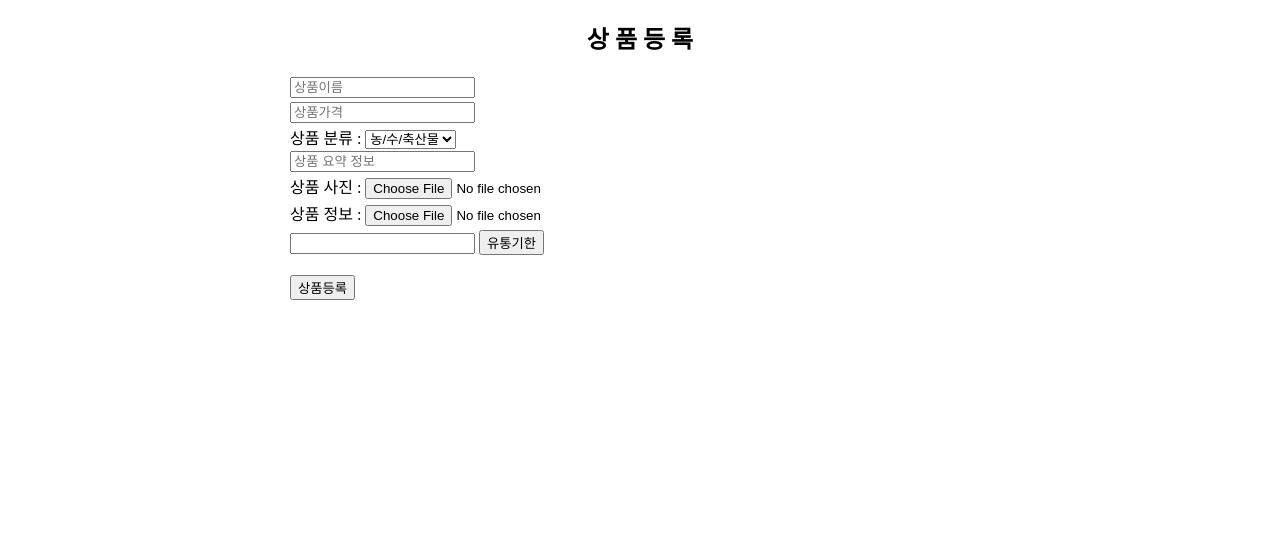
Repository: fellownew/project_workspace
Page: http://localhost/shoppingmall/WEB-INF/view/body/product/product_join_form.jsp
These files come from the project's save history. The page is drawn as it stood at one moment and after the next save; the edit follows.
The browser window is 1280 px wide. The pictures show the whole page.
The page is served by Tomcat 9. Nobody is signed in. Other server files are loaded and not shown. The template is opened directly, without the code that normally fills it, so the values that code supplies are empty.

Above is the page before, as saved 2015-06-11 01:48:46.

### shoppingmall/WebContent/WEB-INF/view/body/product/product_join_form.jsp
<%@ page contentType="text/html;charset=UTF-8"%>
<!DOCTYPE html>
<script type="text/javascript" src="<%=request.getContextPath() %>/script/jquery.js"></script>
<script type="text/javascript" src="<%=request.getContextPath() %>/script/date_picker.js"></script>
<script type="text/javascript">


	$(document).ready(function(){
		$("#registerBtn").on("click",function(){
			if($("#productId").val().trim()=='' ||
					$("#productPrice").val().trim()=='' ||
					$("#productInfo").val().trim()=='' ||
					$("#upfile").val().trim()=='' ||
					$("#expDate").val().trim()=='' ){
					alert("입력정보를 확인하세요");
					return false;
				}
		});

		$("#upfile").on("change",function(){
			var path = $(this).val();
			var leng = path.length;
			var txt = path.substr(leng-3,3);
			document.e
			if((txt != "jpg") && (txt != "peg") && (txt != "png") && (txt != "gif") && (txt != "bmp")){
				alert("jpg, jpeg, png, gif 파일만 등록 가능합니다.");
				return false;
			}


		});
		$("#infoUpfile").on("change",function(){
			var path = $(this).val();
			var leng = path.length;
			var txt = path.substr(leng-3,3);
			if((txt != "jpg") && (txt != "peg") && (txt != "png") && (txt != "gif") && (txt != "bmp")){
				alert("jpg, jpeg, png, gif 파일만 등록 가능합니다.");
				return false;
			}
		});
	});
</script>
<style>
input{
	margin-top: 2px;
	margin-bottom: 2px;
}
</style>
<div style="width: 700px;margin:0 auto">
<h2 style="text-align: center"> 상 품 등 록 </h2>
	<div style="width:500px;text-align: left">
		<form action="insertProduct.do" method="POST" enctype="multipart/form-data">
			<input type="text" id="productName" name="productName" placeholder="상품이름" maxlength="50" required="required"/><br>
			<input type="number" id="productPrice" name="productPrice" placeholder="상품가격" required="required"/><br>
			상품 분류 :
			<select name="category" id="category">
				<option value="food" selected="selected">농/수/축산물</option>
				<option value="fruit">과일/채소</option>
				<option value="health">건강식품</option>
				<option value="snack">간식</option>
			</select><br>
			<input type="text" id="productInfo" name="productInfo" placeholder="상품 요약 정보" required="required"><br>
			상품 사진 : <input type="file" id="upfile" name="upfile"/><br>
			상품 정보 : <input type="file" id="infoUpfile" name="infoUpfile"/><br>
			<input type="text" id="expDate" name="expDate" readonly="readonly" required="required">
			<input type="button" value="유통기한" onClick="datePicker(event,'expDate')"><br>
			<input type="hidden" name="SellerId" value="${sessionScope.loginInfo.sellerId }"/><p>
			<input type="submit" id="registerBtn" value="상품등록">
		</form>
	</div>
</div>

### shoppingmall/WebContent/script/date_picker.js
// Calendar Script
// Licence : GPL (http://www.gnu.org/licenses/licenses.html#GPL)
// Update & Download  : http://www.ziwoo.net/zb/view.php?boardid=zb_ziwoo_javascript&uid=129
// This page was last modified on 2011.12.15 (Since 2010.04.11)

//ex1 : datePicker(event, 'targetFieldName');
//ex2 : datePicker(event, 'targetFieldName', 2);
//세번째 인자는 날짜를 입력할 타겟의 필드명이 복수인 경우를 위한 배열키.(기본값:0)

function datePicker(e, elm) {
	currentElement = (arguments[2])?document.getElementsByName(elm)[arguments[2]]:document.getElementsByName(elm)[0];
	var event = e || window.event;

	if(document.getElementById('currentDiv')) {
		document.getElementById("currentDiv").parentNode.removeChild(document.getElementById("currentDiv"));
	}

	if(arguments[0]){
		var eventX = event.clientX;
		var eventY = event.clientY;
		if(eventX>document.body.offsetWidth-182-40) eventX = document.body.offsetWidth-182-40;
		if(eventY>document.body.offsetHeight-158-40) eventY = document.body.offsetHeight-158-40;
		var calDivObj = document.createElement("div");
		calDivObj.setAttribute("id","currentDiv");
		calDivObj.style.width = '182px';
		calDivObj.style.height = '158px';
		calDivObj.style.border = "1px solid #D0D0D0";
		calDivObj.style.position = "absolute";
		calDivObj.style.top = eventY+document.body.scrollTop+10+'px';
		calDivObj.style.left = eventX+10+'px';
		calDivObj.style.zIndex = 100000;
		document.body.appendChild(calDivObj);
		fBuildHtml();
	}
}

function fBuildHtml() {
	var currentDate = new Date();
	var igYear = currentDate.getFullYear();
	var igMonth = currentDate.getMonth() + 1;
	var gMonths = new Array("1","2","3","4","5","6","7","8","9","10","11","12");
	var calHtml = "<table border='0' bgcolor='#C0C0C0'>";
	calHtml += "<tr style='font-size:9pt'>";
	calHtml += "<td valign='middle' align='center'>";
	calHtml += "<input type='button' name='PrevMonth' value='<' style='height:20px; width:20px; font:9pt Fixedsys;' onClick='fPrevMonth()'>";
	calHtml += " <select name='tbSelYear' style='font-size:9pt' onChange='fUpdateCal(tbSelYear.value, tbSelMonth.value)'>";
	for(i=1970;i<2030;i++) calHtml += "<OPTION value='"+i+"'>"+i+"</OPTION>";
	calHtml += "</select>";
	calHtml += " <select name='tbSelMonth' style='font-size:9pt' onChange='fUpdateCal(tbSelYear.value, tbSelMonth.value)'>";
	for (i=0; i<12; i++) calHtml += "<option value='"+(i+1)+"'>"+gMonths[i]+"</option>";
	calHtml += "</select>";
	calHtml += " <input type='button' name='PrevMonth' value='>' style='height:20px; width:20px; font:9pt Fixedsys;' onclick='fNextMonth()'>";
	calHtml += "</td>";
	calHtml += "</tr><tr>";
	calHtml += "<td align='center'>";
	calHtml += "<DIV><table width='100%' border='0' cellspacing='1' cellpadding='2'>";
	calHtml += fDrawCal(igYear,igMonth);
	calHtml += "</table></DIV>";
	calHtml += "</td>";
	calHtml += "</tr>";
	calHtml += "</td></tr>";
	calHtml += "</table>";

	document.getElementById('currentDiv').innerHTML = calHtml;
	fSetYearMon(igYear,igMonth);
}

function fDrawCal(iYear, iMonth) {
	var WeekDay = new Array("Sun","Mon","Tue","Wed","Thu","Fri","Sat");
	var calHtml = "<tr>";
	for(i=0; i<7; i++) calHtml += "<td bgcolor='White' width='20' valign='middle' align='center' style='font:bold 10px Tahoma; color:#C0C0C0;'>" + WeekDay[i] + "</td>";
	calHtml += "</tr>";
	var i = 0;
	for (w = 1; w < 7; w++) {
		calHtml += "<tr>";
		for (d = 0; d < 7; d++) {
			if(w==6 && d==6){
				calHtml += "<td bgcolor='#C0C0C0' width='20' valign='middle' align='center' style='padding:1px 0 0 3px; cursor:pointer;' onClick='datePicker()'>";
				calHtml += "<font color='White' face='Tahoma'>X</font>";
				calHtml += "</td>";
			}else{
				calHtml += "<td bgcolor='White' width='20' valign='middle' align='center' style='font:bold 10px Tahoma; cursor:pointer;' onMouseOver=\"this.bgColor='Pink'\" onMouseOut=\"this.bgColor='White'\" onClick='fSetSelected(this)'>";
				calHtml += "<font id='cellText_"+i+"'></font>";
				calHtml += "</td>";
			}
			i++;
		}
		calHtml += "</tr>";
	}
	return calHtml;
}

function fSetYearMon(iYear, iMon){
	var tbSelYear = document.getElementsByName('tbSelYear')[0];
	var tbSelMonth = document.getElementsByName('tbSelMonth')[0];
	tbSelMonth.options[iMon-1].selected = true;
	for (i = 0; i < tbSelYear.length; i++) if (tbSelYear.options[i].value == iYear) tbSelYear.options[i].selected = true;
	fUpdateCal(iYear, iMon);
}

function fPrevMonth(){
	var iMon = document.getElementsByName('tbSelMonth')[0].value;
	var iYear = document.getElementsByName('tbSelYear')[0].value;
	if (--iMon<1) {
		iMon = 12;
		iYear--;
	}
	fSetYearMon(iYear, iMon);
}

function fNextMonth(){
	var iMon = document.getElementsByName('tbSelMonth')[0].value;
	var iYear = document.getElementsByName('tbSelYear')[0].value;
	if (++iMon>12) {
		iMon = 1;
		iYear++;
	}
	fSetYearMon(iYear, iMon);
}

function fUpdateCal(iYear, iMonth) {
	myMonth = fBuildCal(iYear, iMonth);
	var currentDate = new Date();
	var igYear = currentDate.getFullYear();
	var igMonth = currentDate.getMonth() + 1;
	var igDate = currentDate.getDate();
	var i = 0;
	for (w = 0; w < 6; w++) for (d = 0; d < 7; d++) if(w!=5 || d!=6) {
		with (document.getElementById('cellText_'+parseInt((7*w)+d))) {
			if (myMonth[w+1][d]<0) {
				color = "#808080";
				innerHTML = -myMonth[w+1][d];
			}else{
				if(d==0) color = "red";
				else if(d==6) color = "blue";
				else color = "black";
				innerHTML = myMonth[w+1][d];
				if(iYear==igYear && iMonth==igMonth && innerHTML==igDate){
					parentNode.style.backgroundColor='#D8FF00';
				}else{
					parentNode.style.backgroundColor='';
				}
			}
		}
	}
}

function fBuildCal(iYear, iMonth) {
	var aMonth=new Array();
	for(i=1;i<7;i++) aMonth[i]=new Array(i);
	var dCalDate=new Date(iYear, iMonth-1, 1);
	var iDayOfFirst=dCalDate.getDay();
	var iDaysInMonth=new Date(iYear, iMonth, 0).getDate();
	var iOffsetLast=new Date(iYear, iMonth-1, 0).getDate()-iDayOfFirst+1;
	var iDate = 1;
	var iNext = 1;
	for (d = 0; d < 7; d++) aMonth[1][d] = (d<iDayOfFirst)?-(iOffsetLast+d):iDate++;
	for (w = 2; w < 7; w++) for (d = 0; d < 7; d++) if(w!=6 || d!=6) aMonth[w][d] = (iDate<=iDaysInMonth)?iDate++:-(iNext++);
	return aMonth;
}

function fSetSelected(aCell){
	var tbSelYear = document.getElementsByName('tbSelYear')[0];
	var tbSelMonth = document.getElementsByName('tbSelMonth')[0];
	var iOffset = 0;
	var iYear = parseInt(tbSelYear.value);
	var iMonth = parseInt(tbSelMonth.value);
	with (aCell.firstChild){
		var iDay = parseInt(innerHTML);
		if(aCell.parentNode.rowIndex<2 && iDay>15) iMonth--;
		if(aCell.parentNode.rowIndex>4 && iDay<15) iMonth++;
		if (iMonth<1) {
			iYear--;
			iMonth = 12;
		}else if (iMonth>12){
			iYear++;
			iMonth = 1;
		}
	}
	currentElement.value = iYear+"-"+(parseInt(iMonth+100).toString().substring(1,3))+"-"+(parseInt(iDay+100)).toString().substring(1,3);
	document.getElementById("currentDiv").parentNode.removeChild(document.getElementById("currentDiv"));
}

Loaded but not shown: shoppingmall/WebContent/script/jquery.js (library)

After the next save:
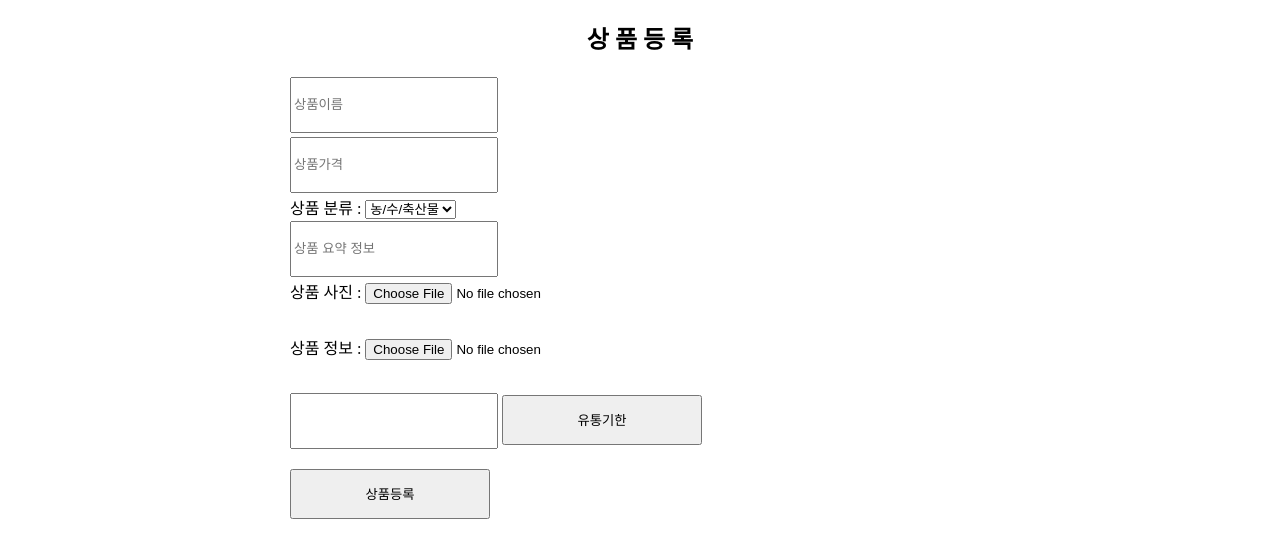
Saved 13 s later.
--- a/shoppingmall/WebContent/WEB-INF/view/body/product/product_join_form.jsp
+++ b/shoppingmall/WebContent/WEB-INF/view/body/product/product_join_form.jsp
@@ -44,6 +44,8 @@
 input{
 	margin-top: 2px;
 	margin-bottom: 2px;
+	width:200px;
+	height: 50px;
 }
 </style>
 <div style="width: 700px;margin:0 auto">
